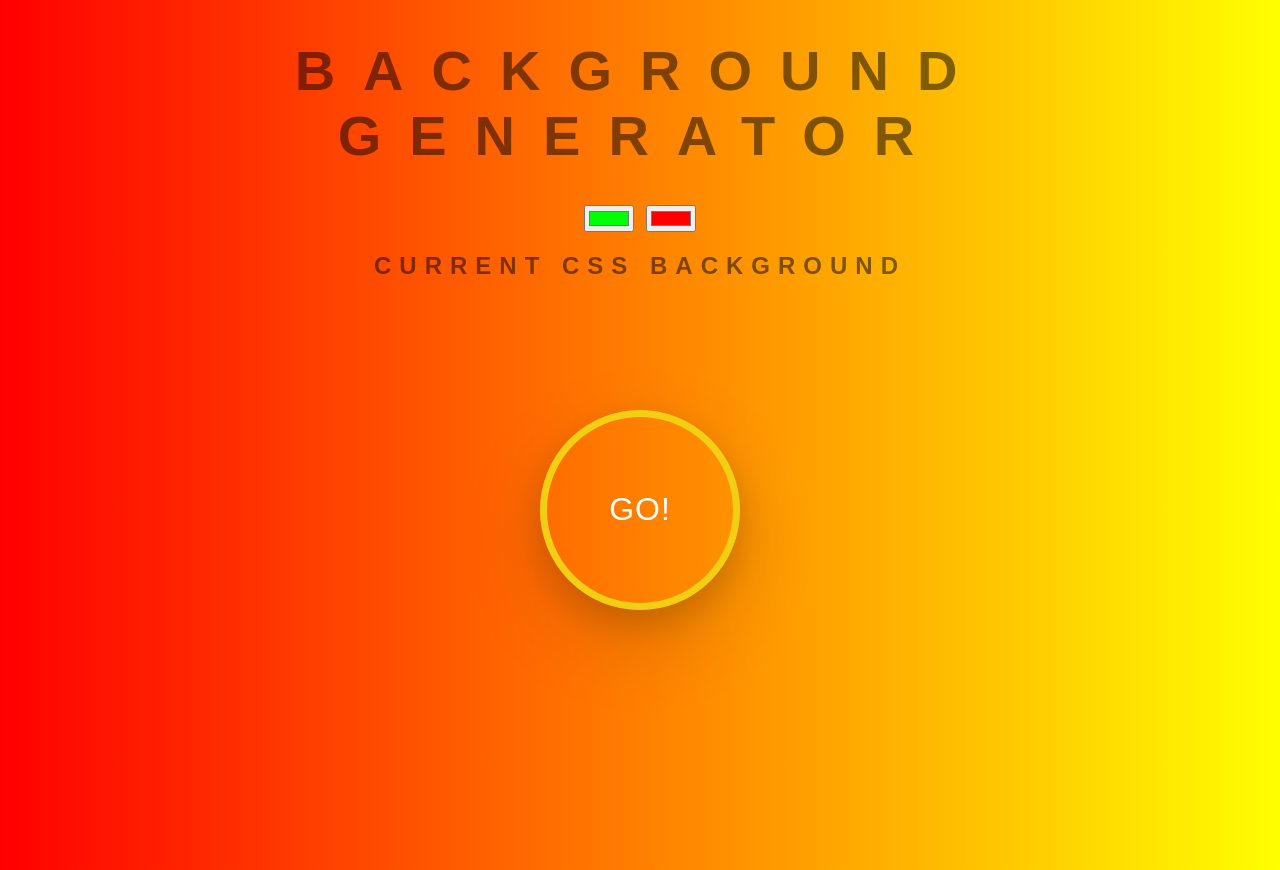
Repository: blgest/background-generator
Page: index.html
An editor plug-in stored every save of this project. The page is shown before and after the next save, followed by the edit.
The browser window is 1280 px wide. The pictures show the whole page.

Above is the page before, as saved 2020-02-09 11:05:58.
Console error: TypeError: Cannot read properties of null (reading 'style')

### index.html
<!DOCTYPE html>
<html>

<head>
	<title>Gradient Background</title>
	<link rel="stylesheet" type="text/css" href="style.css">
</head>

<body id="gradient random">
	<h1>Background Generator</h1>
	<input class="color1" type="color" name="color1" value="#00ff00">
	<input class="color2" type="color" name="color2" value="#ff0000">
	<h2>Current CSS Background</h2>
	<h3></h3>
	<!-- <h3><button id="random">Random</button></h3> -->

	<div id="wrapper" onclick="generateRandomBackground()">
		<a class="my-super-cool-btn">
			<div class="dots-container">
				<div class="dot"></div>
				<div class="dot"></div>
				<div class="dot"></div>
				<div class="dot"></div>
			</div>
			<span>Go!</span>
		</a>
	</div>

	<script type="text/javascript" src="script.js"></script>
</body>

</html>

### style.css
body {
  font: "Raleway", sans-serif;
  color: rgba(0, 0, 0, 0.5);
  text-align: center;
  text-transform: uppercase;
  letter-spacing: 0.5em;
  top: 15%;
  background: linear-gradient(to right, red, yellow); /* Standard syntax */
  overflow: hidden;
}

h1 {
  font: 600 3.5em "Raleway", sans-serif;
  color: rgba(0, 0, 0, 0.5);
  text-align: center;
  text-transform: uppercase;
  letter-spacing: 0.5em;
  width: 100%;
}

h3 {
  font: 900 1em "Raleway", sans-serif;
  color: rgba(0, 0, 0, 0.5);
  text-align: center;
  text-transform: none;
  letter-spacing: 0.01em;
}

@import url("https://fonts.googleapis.com/css?family=Montserrat:900");

body {
  margin: 0;
  padding: 0;
  background-color: #292929;
  font-family: "Montserrat", sans-serif;
}
#wrapper {
  width: 100vw;
  height: 100vh;
  box-sizing: border-box;
  display: flex;
  align-items: center;
  justify-content: center;
  margin-top: -150px;
}
.my-super-cool-btn {
  position: relative;
  text-decoration: none;
  color: #fff;
  letter-spacing: 1px;
  font-size: 2rem;
  box-sizing: border-box;
}
.my-super-cool-btn span {
  position: relative;
  box-sizing: border-box;
  display: flex;
  align-items: center;
  justify-content: center;
  width: 200px;
  height: 200px;
}
.my-super-cool-btn span:before {
  content: "";
  width: 100%;
  height: 100%;
  display: block;
  position: absolute;
  border-radius: 100%;
  border: 7px solid #f3cf14;
  box-sizing: border-box;
  transition: all 0.85s cubic-bezier(0.25, 1, 0.33, 1);
  box-shadow: 0 30px 85px rgba(0, 0, 0, 0.14), 0 15px 35px rgba(0, 0, 0, 0.14);
}
.my-super-cool-btn:hover span:before {
  transform: scale(0.8);
  box-shadow: 0 20px 55px rgba(0, 0, 0, 0.14), 0 15px 35px rgba(0, 0, 0, 0.14);
}
.my-super-cool-btn .dots-container {
  opacity: 0;
  animation: intro 1.6s;
  animation-fill-mode: forwards;
}
.my-super-cool-btn .dot {
  width: 8px;
  height: 8px;
  display: block;
  background-color: #f3cf14;
  border-radius: 100%;
  position: absolute;
  transition: all 0.85s cubic-bezier(0.25, 1, 0.33, 1);
}
.my-super-cool-btn .dot:nth-child(1) {
  top: 50px;
  left: 50px;
  transform: rotate(-140deg);
  animation: swag1-out 0.3s;
  animation-fill-mode: forwards;
  opacity: 0;
}
.my-super-cool-btn .dot:nth-child(2) {
  top: 50px;
  right: 50px;
  transform: rotate(140deg);
  animation: swag2-out 0.3s;
  animation-fill-mode: forwards;
  opacity: 0;
}
.my-super-cool-btn .dot:nth-child(3) {
  bottom: 50px;
  left: 50px;
  transform: rotate(140deg);
  animation: swag3-out 0.3s;
  animation-fill-mode: forwards;
  opacity: 0;
}
.my-super-cool-btn .dot:nth-child(4) {
  bottom: 50px;
  right: 50px;
  transform: rotate(-140deg);
  animation: swag4-out 0.3s;
  animation-fill-mode: forwards;
  opacity: 0;
}
.my-super-cool-btn:hover .dot:nth-child(1) {
  animation: swag1 0.3s;
  animation-fill-mode: forwards;
}
.my-super-cool-btn:hover .dot:nth-child(2) {
  animation: swag2 0.3s;
  animation-fill-mode: forwards;
}
.my-super-cool-btn:hover .dot:nth-child(3) {
  animation: swag3 0.3s;
  animation-fill-mode: forwards;
}
.my-super-cool-btn:hover .dot:nth-child(4) {
  animation: swag4 0.3s;
  animation-fill-mode: forwards;
}
@keyframes intro {
  0% {
    opacity: 0;
  }
  100% {
    opacity: 1;
  }
}
@keyframes swag1 {
  0% {
    top: 50px;
    left: 50px;
    width: 8px;
  }
  50% {
    width: 30px;
    opacity: 1;
  }
  100% {
    top: 20px;
    left: 20px;
    width: 8px;
    opacity: 1;
  }
}
@keyframes swag1-out {
  0% {
    top: 20px;
    left: 20px;
    width: 8px;
  }
  50% {
    width: 30px;
    opacity: 1;
  }
  100% {
    top: 50px;
    left: 50px;
    width: 8px;
    opacity: 0;
  }
}
@keyframes swag2 {
  0% {
    top: 50px;
    right: 50px;
    width: 8px;
  }
  50% {
    width: 30px;
    opacity: 1;
  }
  100% {
    top: 20px;
    right: 20px;
    width: 8px;
    opacity: 1;
  }
}
@keyframes swag2-out {
  0% {
    top: 20px;
    right: 20px;
    width: 8px;
  }
  50% {
    width: 30px;
    opacity: 1;
  }
  100% {
    top: 50px;
    right: 50px;
    width: 8px;
    opacity: 0;
  }
}
@keyframes swag3 {
  0% {
    bottom: 50px;
    left: 50px;
    width: 8px;
  }
  50% {
    width: 30px;
    opacity: 1;
  }
  100% {
    bottom: 20px;
    left: 20px;
    width: 8px;
    opacity: 1;
  }
}
@keyframes swag3-out {
  0% {
    bottom: 20px;
    left: 20px;
    width: 8px;
  }
  50% {
    width: 30px;
    opacity: 1;
  }
  100% {
    bottom: 50px;
    left: 50px;
    width: 8px;
    opacity: 0;
  }
}
@keyframes swag4 {
  0% {
    bottom: 50px;
    right: 50px;
    width: 8px;
  }
  50% {
    width: 30px;
    opacity: 1;
  }
  100% {
    bottom: 20px;
    right: 20px;
    width: 8px;
    opacity: 1;
  }
}
@keyframes swag4-out {
  0% {
    bottom: 20px;
    right: 20px;
    width: 8px;
  }
  50% {
    width: 30px;
    opacity: 1;
  }
  100% {
    bottom: 50px;
    right: 50px;
    width: 8px;
    opacity: 0;
  }
}

### script.js
var css = document.querySelector("h3");
var color1 = document.querySelector(".color1");
var color2 = document.querySelector(".color2");
var body = document.getElementById("gradient");

function generateRandomBackground() {
	color1.value = generateColor();
	color2.value = generateColor();
	setGradient();
}

function generateColor() {
	return "#" + Math.floor(Math.random() * 16777215).toString(16);
}

function setGradient() {
	console.log(true);
	body.style.background =
		"linear-gradient(to right, "
		+ color1.value
		+ ", "
		+ color2.value
		+ ")";
	css.textContent = body.style.background + ";";
}

setGradient();

color1.addEventListener("input", setGradient);

color2.addEventListener("input", setGradient);

After the next save:
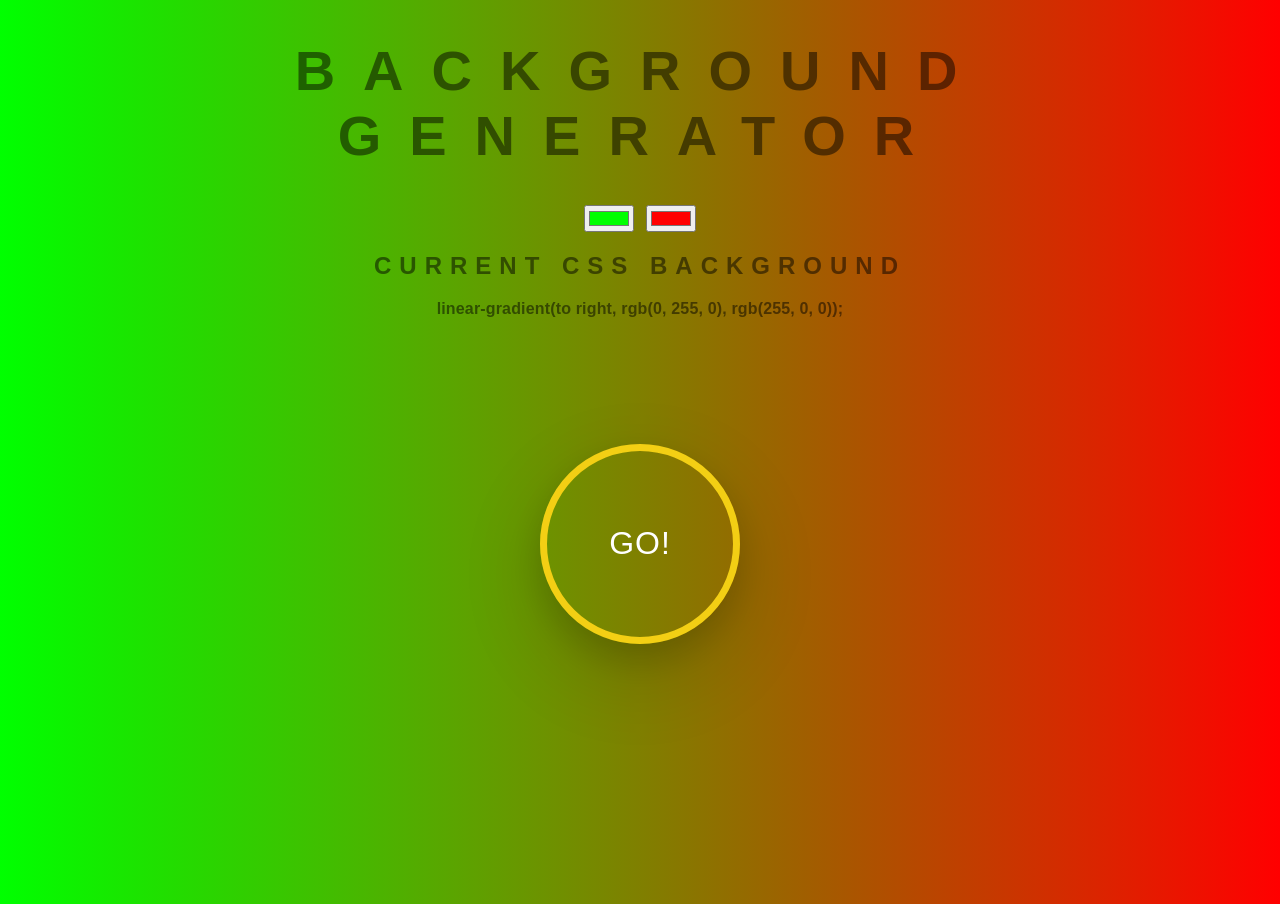
The error is gone.
Saved 100 s later.
--- a/index.html
+++ b/index.html
@@ -6,7 +6,7 @@
 	<link rel="stylesheet" type="text/css" href="style.css">
 </head>
 
-<body id="gradient random">
+<body id="gradient">
 	<h1>Background Generator</h1>
 	<input class="color1" type="color" name="color1" value="#00ff00">
 	<input class="color2" type="color" name="color2" value="#ff0000">
